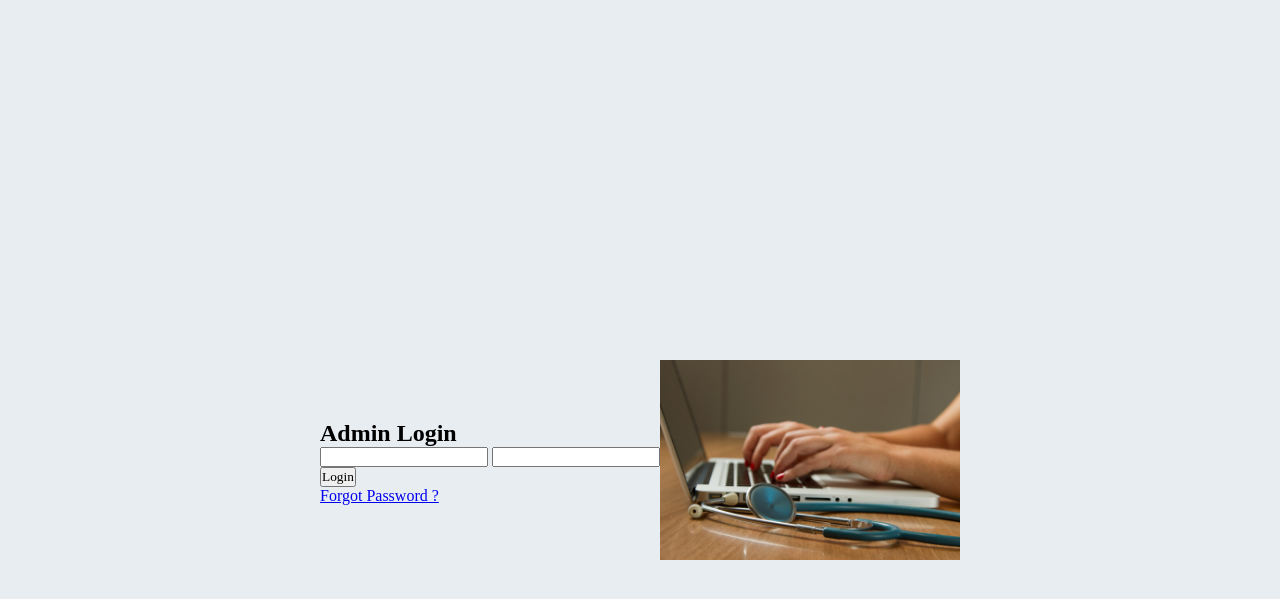
Repository: GauraVPandeyyy/Final-Neuro-dentica
Page: http://localhost/Admin-Panel/login.php
The author's editor kept a copy of each file at every save. The page is drawn from the files as they stood at one save, then again after the next save.
The browser window is 1280 px wide. The pictures show the whole page.
The page is run by PHP 8.4 with error messages shown; the project is at /var/www/html/.

Above is the page before, as saved 2024-11-10 19:12:16.

After the next save:
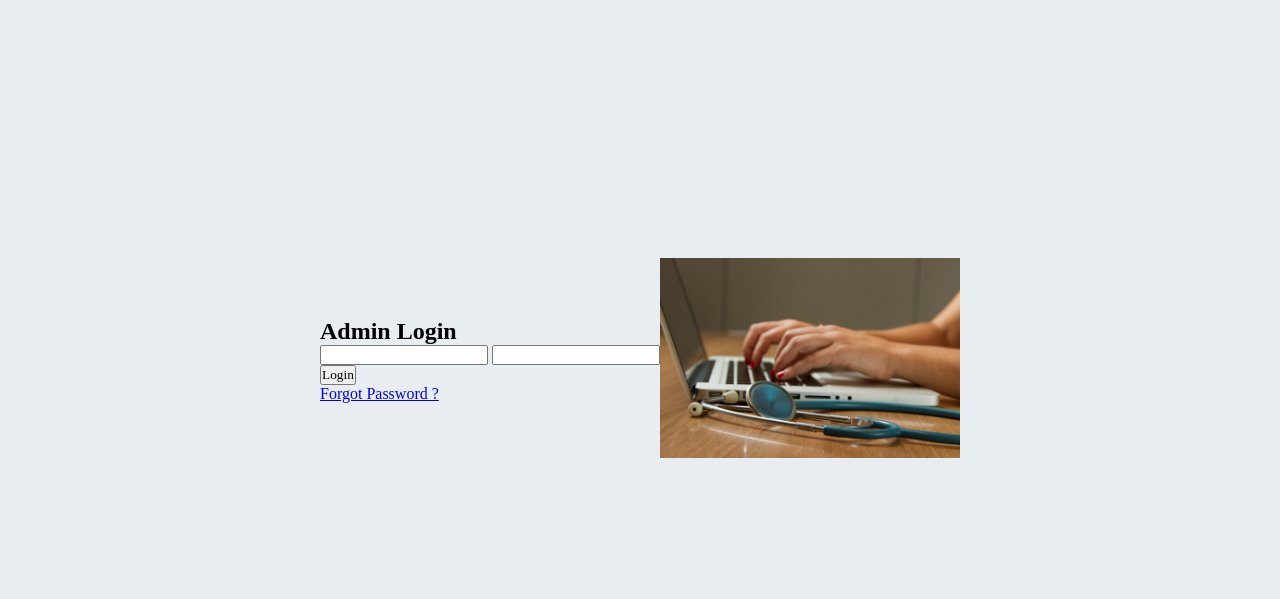
Saved 4 s later.
--- a/Admin-Panel/login.css
+++ b/Admin-Panel/login.css
@@ -14,7 +14,7 @@ body{
     position: absolute;
     top: 50%;
     left: 50%;
-    transform: translate(-50%);
+    transform: translate(-50%,-50%);
     display: flex;
     align-items: center;
     justify-content: center;
